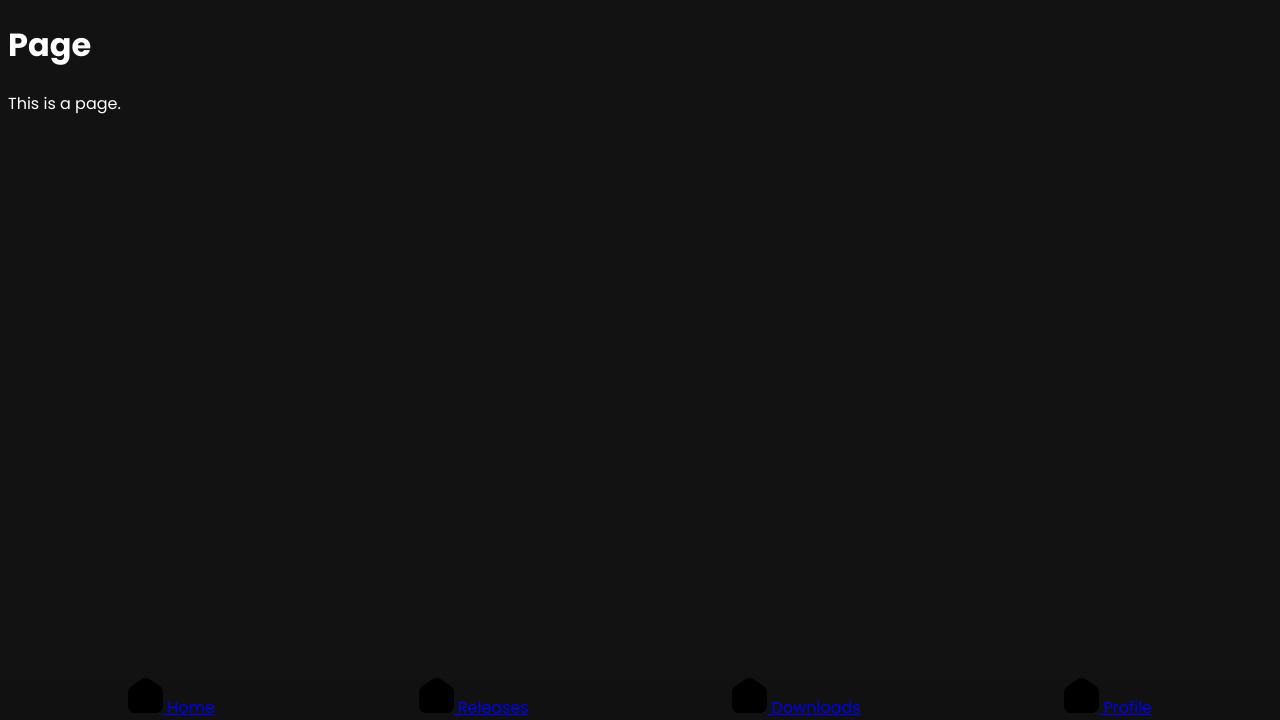
Repository: NubbDev/anime-frontend
Page: /
An editor plug-in stored every save of this project. The page is shown before and after the next save, followed by the edit.
The browser window is 1280 px wide. The pictures show the whole page.
The project was rebuilt for these pictures with package versions that can differ from the ones it lists, and the page was loaded fresh each time. The framework's server and built-in components were replaced by stand-ins that run in the browser. Also part of the build but not shown: svelte.config.js, vite.config.js.

Above is the page before, as saved 2024-08-08 01:32:04.

### src/app.html
<!doctype html>
<html lang="en">
  <head>
    <meta charset="utf-8" />
    <link rel="icon" href="%sveltekit.assets%/favicon.png" />
    <link rel="stylesheet" href="%sveltekit.assets%/style/global.css" />
    <meta name="viewport" content="width=device-width, initial-scale=1" />
    <title>Tauri + SvelteKit + Typescript App</title>
    %sveltekit.head%
  </head>
  <body data-sveltekit-preload-data="hover">
    <div style="display: contents">%sveltekit.body%</div>
  </body>
</html>

### src/routes/+page.svelte
<script lang="ts">
  import NavBar from "../components/navigation/NavBar.svelte";
</script>

<main>
  <h1>Page</h1>
  <p>This is a page.</p>

</main>

<NavBar />

<style>

  main {

  }
</style>

### src/components/navigation/NavBar.svelte
<script lang="ts">
    import FilledHouse from '$lib/assets/icons/house-blank-filled.svg';
  import { onMount } from 'svelte';
    // assets/icons/house-blank.svg
    const navOptions: { name: string, href: string, selected: string, unSelected: string }[] = [
        {
            name: 'Home',
            href: '/',
            selected: 'house-blank-filled',
            unSelected: 'house-blank'
        },
        {
            name: 'Releases',
            href: '/releases',
            selected: 'calendar-solid',
            unSelected: 'calendar-thin'

        },
        {
            name: 'Downloads',
            href: '/downloads',
            selected: 'inbox-in-filled',
            unSelected: 'inbox-in'
        },
        {
            name: 'Profile',
            href: '/profile',
            selected: 'circle-user-filled',
            unSelected: 'circle-user'
        }
    ]

    let path: string;
    onMount(() => {
        path = '/' + window.location.pathname.split('/')[1];
        console.log(path);
    })
</script>

<nav>

    {#each navOptions as option}
        <a href={option.href}>
            {#if path === option.href}
                <img src={FilledHouse} alt={option.name} style="fill: white;">
                <span>{option.name}</span>
            {:else}
                <img src={FilledHouse} alt={option.name}>
                <span>{option.name}</span>
            {/if}
        </a>
    {/each}
</nav>

<style>
    nav {
        display: flex;
        justify-content: space-between;
        box-sizing: border-box;
        padding: 0 10vw;
        position: fixed;
        bottom: 0;
        left: 0;
        margin: 0;
        width: 100vw;
        background-color: rgba(18, 18, 18, 0.8);
        backdrop-filter: 16;
    }

    nav a img {
        width: 35px;
        height: 35px;
    }
</style>

### static/style/global.css
@import url('../font/font.css');

body {
    --background: #121212;
    --primary: #0084FF;
    --headings: #FFFFFF;
    --sub-text: rgba(255, 255, 255, 75%);
    --icon-unselected: rgba(255, 255, 255, 75%);

    background-color: var(--background);

    font-family: 'Poppins';
    color: var(--headings);

}

### static/font/font.css
@font-face {
    font-family: 'Poppins';
    src: url("./Poppins-Thin.ttf") format('truetype');
    font-display: swap;
    font-style: normal;
    font-weight: 100;
}

@font-face {
    font-family: 'Poppins';
    src: url("./Poppins-ThinItalic.ttf") format('truetype');
    font-display: swap;
    font-style: italic;
    font-weight: 100;
}

@font-face {
    font-family: 'Poppins';
    src: url("./Poppins-ExtraLight.ttf") format('truetype');
    font-display: swap;
    font-style: normal;
    font-weight: 200;
}

@font-face {
    font-family: 'Poppins';
    src: url("./Poppins-ExtraLightItalic.ttf") format('truetype');
    font-display: swap;
    font-style: italic;
    font-weight: 200;
}

@font-face {
    font-family: 'Poppins';
    src: url("./Poppins-Light.ttf") format('truetype');
    font-display: swap;
    font-style: normal;
    font-weight: 300;
}

@font-face {
    font-family: 'Poppins';
    src: url("./Poppins-LightItalic.ttf") format('truetype');
    font-display: swap;
    font-style: italic;
    font-weight: 300;
}

@font-face {
    font-family: 'Poppins';
    src: url("./Poppins-Regular.ttf") format('truetype');
    font-display: swap;
    font-style: normal;
    font-weight: 400;
}

@font-face {
    font-family: 'Poppins';
    src: url("./Poppins-Italic.ttf") format('truetype');
    font-display: swap;
    font-style: italic;
    font-weight: 400;
}

@font-face {
    font-family: 'Poppins';
    src: url("./Poppins-Medium.ttf") format('truetype');
    font-display: swap;
    font-style: normal;
    font-weight: 500;
}

@font-face {
    font-family: 'Poppins';
    src: url("./Poppins-MediumItalic.ttf") format('truetype');
    font-display: swap;
    font-style: italic;
    font-weight: 500;
}

@font-face {
    font-family: 'Poppins';
    src: url("./Poppins-SemiBold.ttf") format('truetype');
    font-display: swap;
    font-style: normal;
    font-weight: 600;
}

@font-face {
    font-family: 'Poppins';
    src: url("./Poppins-SemiBoldItalic.ttf") format('truetype');
    font-display: swap;
    font-style: italic;
    font-weight: 600;
}

@font-face {
    font-family: 'Poppins';
    src: url("./Poppins-Bold.ttf") format('truetype');
    font-display: swap;
    font-style: normal;
    font-weight: 700;
}

@font-face {
    font-family: 'Poppins';
    src: url("./Poppins-BoldItalic.ttf") format('truetype');
    font-display: swap;
    font-style: italic;
    font-weight: 700;
}

@font-face {
    font-family: 'Poppins';
    src: url("./Poppins-ExtraBold.ttf") format('truetype');
    font-display: swap;
    font-style: normal;
    font-weight: 800;
}

@font-face {
    font-family: 'Poppins';
    src: url("./Poppins-ExtraBoldItalic.ttf") format('truetype');
    font-display: swap;
    font-style: italic;
    font-weight: 800;
}

@font-face {
    font-family: 'Poppins';
    src: url("./Poppins-Black.ttf") format('truetype');
    font-display: swap;
    font-style: normal;
    font-weight: 900;
}

@font-face {
    font-family: 'Poppins';
    src: url("./Poppins-BlackItalic.ttf") format('truetype');
    font-display: swap;
    font-style: italic;
    font-weight: 900;
}

Loaded but not shown: src/routes/+layout.ts (common file)

After the next save:
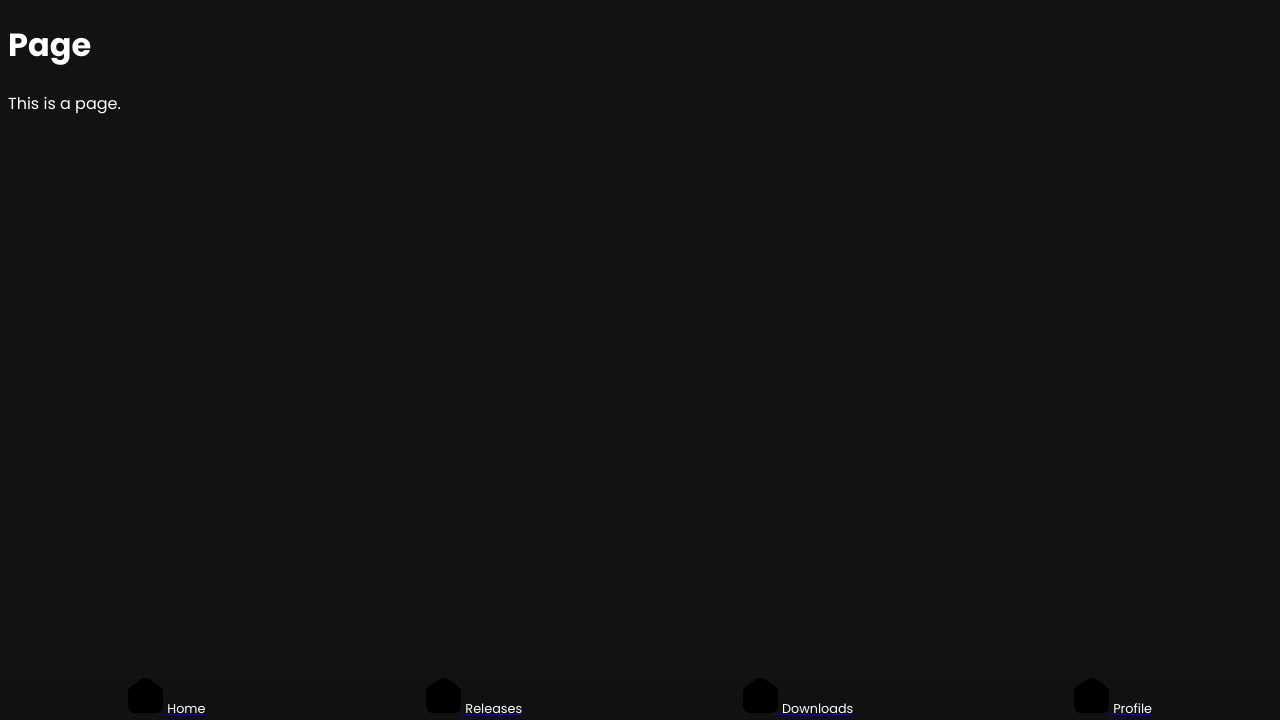
Saved 17 s later.
--- a/src/components/navigation/NavBar.svelte
+++ b/src/components/navigation/NavBar.svelte
@@ -71,4 +71,8 @@
         width: 35px;
         height: 35px;
     }
+    nav a span {
+        color: white;
+        font-size: 0.8rem;
+    }
 </style>
